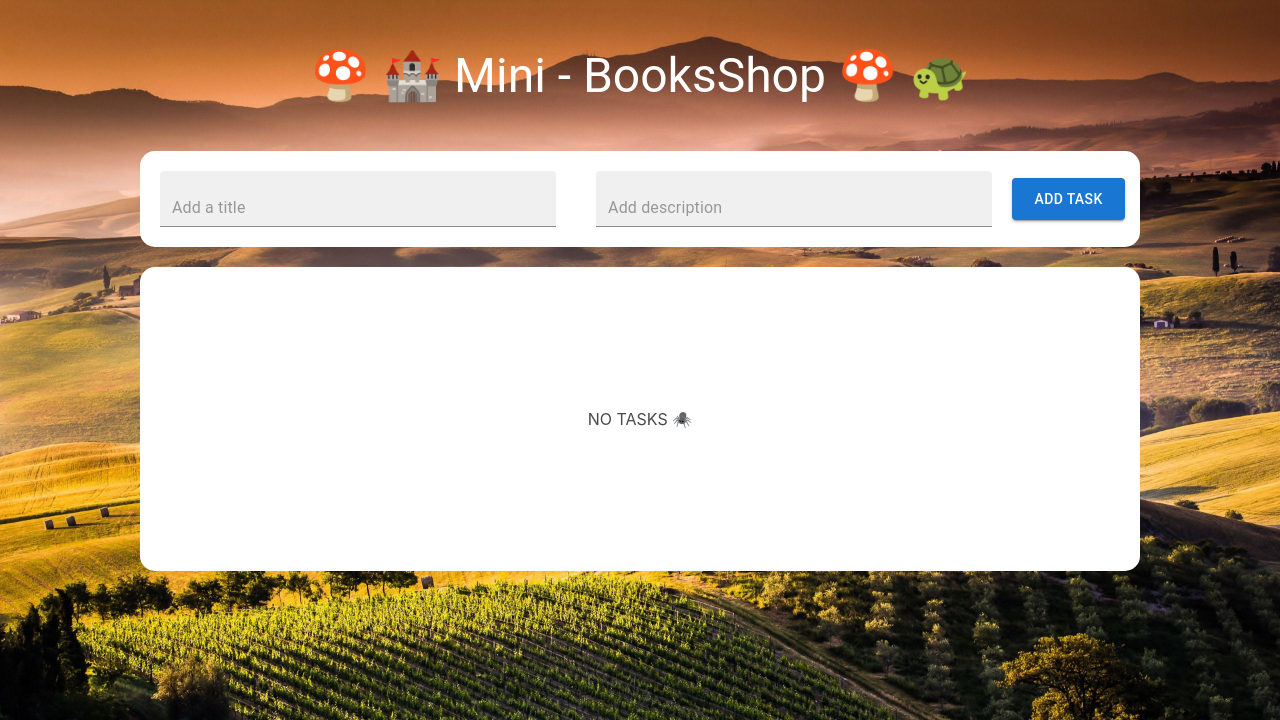
Repository: Tracy-maker/mini-bookshop
Page: /
The author's editor kept a copy of each file at every save. The page is drawn from the files as they stood at one save, then again after the next save.
The browser window is 1280 px wide. The pictures show the whole page.
The project was rebuilt for these pictures with package versions that can differ from the ones it lists, and the page was loaded fresh each time. Also part of the build but not shown: src/components/TaskEdit.js, src/components/TaskShow.js.

Above is the page before, as saved 2023-09-21 13:30:21.

### src/index.js
import "./index.css";
import React from "react";
import ReactDOM from "react-dom/client";
import App from "./App";


const el = document.getElementById("root");
const root = ReactDOM.createRoot(el);

root.render(
  <React.StrictMode>
    <App />
  </React.StrictMode>
);

### src/App.js
import { useState, useEffect } from "react";
import CreateTask from "./components/CreateTask";
import TaskList from "./components/TaskList";
import { Box, Stack } from "@mui/material";
import styled from "styled-components";
import Typography from "@mui/material/Typography";
import Image1 from "./image/7.jpg";

const StyledContainer = styled(Stack)`
  height: 100vh;
  width: 100%;
  display: flex;
  align-items: stretch;
  padding-top: 3%;
  background-image: url(${Image1});
  background-size: cover;
  background-repeat: no-repeat;
  gap: 20px;
`;

const TaskForm = styled(Box)`
  margin-left: auto;
  margin-right: auto;
  width: 1000px;
  background-color: white;
  border-radius: 15px;

  @media (max-width: 768px) {
    width: 100%;
  }
`;
const Title = styled(Typography)`
  color: white;
  margin: auto;
  width: 100%;
  padding: 10px;
  text-align: center;
`;

function App() {
  const [tasks, setTasks] = useState(() => {
    const localValue = localStorage.getItem("tasks");
    if (localValue == null) return [];
    return JSON.parse(localValue);
  });

  useEffect(() => {
    localStorage.setItem("tasks", JSON.stringify(tasks));
  }, [tasks]);

  const createTask = (title, description) => {
    const newTask = {
      id: crypto.randomUUID(),
      title: title,
      description: description,
      status: "inProgress",
    };

    const existingTasks = JSON.parse(localStorage.getItem("tasks")) || [];
    existingTasks.push(newTask);
    localStorage.setItem("tasks", JSON.stringify(existingTasks));
    setTasks(existingTasks);
  };

  const deleteTasksById = (id) => {
    const existingTasks = JSON.parse(localStorage.getItem("tasks")) || [];
    const updatedTasks = existingTasks.filter((task) => {
      return task.id !== id;
    });
    localStorage.setItem("tasks", JSON.stringify(updatedTasks));
    setTasks(updatedTasks);
  };

  const editTaskById = (id, newTitle, newDescription) => {
    const existingTasks = JSON.parse(localStorage.getItem("tasks")) || [];
    const taskToEdit = existingTasks.findIndex((task) => task.id === id);

    if (taskToEdit) {
      const updatedTask = {
        ...taskToEdit,
        title: newTitle,
        description: newDescription,
      };

      const updatedTasks = existingTasks.map((task) =>
        task.id === id ? updatedTask : task
      );
      localStorage.setItem("tasks", JSON.stringify(updatedTasks));
      setTasks(updatedTasks);
    }
  };

  return (
    <StyledContainer>
      <Title variant="h3" gutterBottom>
        🍄 🏰 Mini - BooksShop 🍄 🐢
      </Title>
      <TaskForm>
        <CreateTask onCreate={createTask} />
      </TaskForm>
      <TaskForm>
        <TaskList
          tasks={tasks}
          onDelete={deleteTasksById}
          onEdit={editTaskById}
        />
      </TaskForm>
    </StyledContainer>
  );
}
export default App;

### src/components/CreateTask.js
import * as React from "react";
import Stack from "@mui/material/Stack";
import TextField from "@mui/material/TextField";
import Button from "@mui/material/Button";
import { useState } from "react";
import { styled } from "@mui/material";

const Input = styled(TextField)`
  padding:2%;
  width: 80%;
`;

const AddButton = styled(Button)`
  margin: auto;
  width: 20%;
  padding: 9px;
  text-align: center;
  margin-right: 15px;
`;

function CreateTask(props) {
  const [title, setTitle] = useState("");
  const [description, setDescription] = useState("");

  const handleChange = (event) => {
    const { name, value } = event.target;
    if (name === "title") {
      setTitle(value);
    } else if (name === "description") {
      setDescription(value);
    }
  };

  const handleSubmit = (event) => {
    event.preventDefault();
    if (title.trim() !== "" || description.trim() !== "") {
      props.onCreate( title, description );
      setTitle("");
      setDescription("");
    }
  };

  return (
    <Stack onSubmit={handleSubmit} component="form" direction="row">
      <Input
        name="title"
        value={title}
        onChange={handleChange}
        placeholder="Add a title"
        variant="filled"
      />
      <Input
        name="description"
        value={description}
        onChange={handleChange}
        placeholder="Add description"
        variant="filled"
      />
      <AddButton type="submit" variant="contained">
        Add Task
      </AddButton>
    </Stack>
  );
}

export default CreateTask;

### src/components/TaskList.js
import React from "react";
import TaskShow from "./TaskShow";
import { Box } from "@mui/material";
import styled from "styled-components";

const Reminder = styled(Box)`
  text-align: center;
  padding: ${(props) => (props.noTasks ? "14%" : "0")};
`;

function TaskList(props) {
  const renderedTasksList = props.tasks.map((task) => {
    return (
      <TaskShow
        key={task.id}
        task={task}
        onDelete={props.onDelete}
        onEdit={props.onEdit}
        toggleCheckedBoxById={props.toggleCheckedBoxById}
      />
    );
  });

  return (
    <>
      <Reminder noTasks={props.tasks.length === 0}>
        {props.tasks.length === 0 && "NO TASKS 🕷️"}
      </Reminder>
      {renderedTasksList}
    </>
  );
}

export default TaskList;

Loaded but not shown: public/index.html (common file); src/index.css (library)

After the next save:
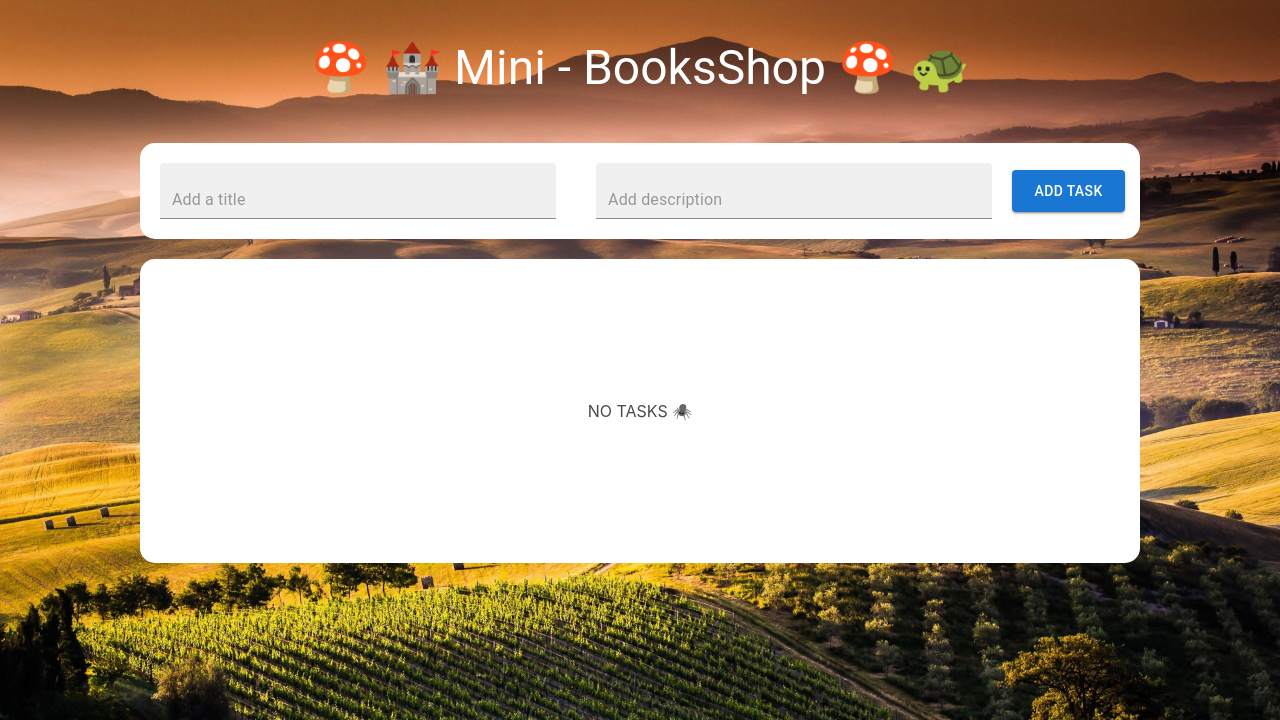
Saved 18 s later.
--- a/src/App.js
+++ b/src/App.js
@@ -11,7 +11,7 @@ const StyledContainer = styled(Stack)`
   width: 100%;
   display: flex;
   align-items: stretch;
-  padding-top: 3%;
+  padding-top: 30px;
   background-image: url(${Image1});
   background-size: cover;
   background-repeat: no-repeat;
